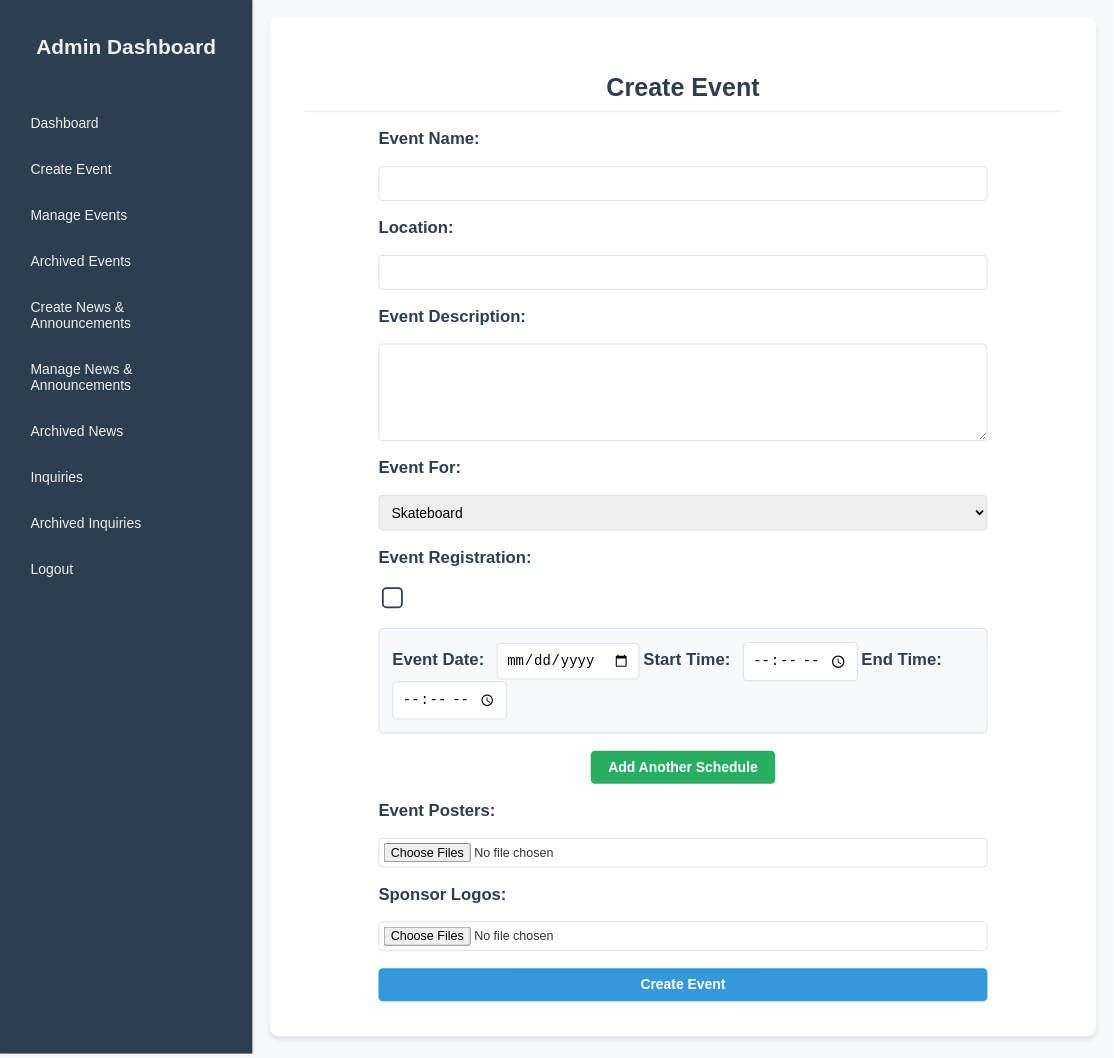
Repository: KharonKade/Capstone
Page: admin.html
These files come from the project's save history. The page is drawn as it stood at one moment and after the next save; the edit follows.
The browser window is 1280 px wide. The pictures show the whole page, at 87% of full size.

Above is the page before, as saved 2025-02-28 18:57:33.

### admin.html
<!DOCTYPE html>
<html lang="en">
<head>
    <meta charset="UTF-8">
    <meta name="viewport" content="width=device-width, initial-scale=1.0">
    <title>Create Event</title>
    <link rel="stylesheet" href="Css/admin.css?v=1.0">
    <script src="https://cdn.jsdelivr.net/npm/sweetalert2@11"></script>
</head>
<body>
    <div class="admin-container">
        <nav class="sidebar">
            <h2>Admin Dashboard</h2>
            <ul>
                <li><a href="/dashboard">Dashboard</a></li>
                <li><a href="admin.html">Create Event</a></li>
                <li><a href="manage_upcoming.php">Manage Events</a></li>
                <li><a href="archived_events.php">Archived Events</a></li>
                <li><a href="create_news.html">Create News & Announcements</a></li>
                <li><a href="manage_news.php">Manage News & Announcements</a></li>
                <li><a href="archived_news.php">Archived News</a></li>
                <li><a href="view_inquiries.php">Inquiries</a></li>
                <li><a href="archived_inquiries.php">Archived Inquiries</a></li>
                <li><a href="/logout">Logout</a></li>
            </ul>
        </nav>
        <main class="content" id="create_event">
            <h2>Create Event</h2>
            <form action="store_event.php" method="post" enctype="multipart/form-data">
                <label for="event_name">Event Name:</label>
                <input type="text" name="event_name" id="event_name" required>

                <label for="location">Location:</label>
                <input type="text" name="location" id="location" required>

                <label for="description">Event Description:</label>
                <textarea name="description" id="description" rows="5" required></textarea>

                <label for="category">Event For:</label>
                <select name="category" id="category" required>
                    <option value="skateboard">Skateboard</option>
                    <option value="inline">Inline</option>
                    <option value="bmx">BMX</option>
                    <option value="all">All</option>
                </select>

                <label for="registration">Event Registration:</label>
                <input type="checkbox" name="registration" id="registration" value="1">

                <div id="schedule-container">
                    <div class="schedule-item">
                        <label for="event_date">Event Date:</label>
                        <input type="date" name="event_date[]" required>
                        <label for="start_time">Start Time:</label>
                        <input type="time" name="start_time[]" required>
                        <label for="end_time">End Time:</label>
                        <input type="time" name="end_time[]" required>
                    </div>
                </div>
                <button type="button" id="add_schedule">Add Another Schedule</button>

                <label for="posters">Event Posters:</label>
                <input type="file" name="posters[]" id="posters" multiple required>

                <label for="sponsors">Sponsor Logos:</label>
                <input type="file" name="sponsors[]" id="sponsors" multiple required>

                <button type="submit">Create Event</button>
            </form>
        </main>
    </div>
    <script>
        // Get references to the button and container
        const addScheduleButton = document.getElementById('add_schedule');
        const scheduleContainer = document.getElementById('schedule-container');

        // Add an event listener to the "Add Another Schedule" button
        addScheduleButton.addEventListener('click', () => {
            // Create a new div for the additional schedule
            const newSchedule = document.createElement('div');
            newSchedule.classList.add('schedule-item');

            // Add the necessary input fields for a new schedule
            newSchedule.innerHTML = `
                <label for="event_date">Event Date:</label>
                <input type="date" name="event_date[]" required>
                <label for="start_time">Start Time:</label>
                <input type="time" name="start_time[]" required>
                <label for="end_time">End Time:</label>
                <input type="time" name="end_time[]" required>
                <button type="button" class="remove-schedule">Remove</button>
            `;

            // Append the new schedule div to the container
            scheduleContainer.appendChild(newSchedule);

            // Add functionality to remove the schedule
            newSchedule.querySelector('.remove-schedule').addEventListener('click', () => {
                newSchedule.remove();
            });
        });
    </script>
</body>
</html>

### Css/admin.css
/* admin.css */

body {
    font-family: 'Arial', sans-serif;
    margin: 0;
    padding: 0;
    background: #f7f9fc;
    color: #333;
}

.admin-container {
    display: flex;
    min-height: 100vh;
}

/* Sidebar */
.sidebar {
    width: 250px;
    background: #2c3e50;
    color: #ecf0f1;
    padding: 20px;
    box-shadow: 2px 0 5px rgba(0, 0, 0, 0.1);
    display: flex;
    flex-direction: column;
    gap: 20px;
}

.sidebar h2 {
    text-align: center;
    font-size: 1.5rem;
    margin-bottom: 20px;
}

.sidebar ul {
    list-style: none;
    padding: 0;
    margin: 0;
}

.sidebar ul li {
    margin: 15px 0;
}

.sidebar ul li a {
    text-decoration: none;
    color: #ecf0f1;
    padding: 10px 15px;
    display: block;
    border-radius: 5px;
    transition: background 0.3s;
}

.sidebar ul li a:hover {
    background: #34495e;
}

/* Main Content */
.content {
    flex-grow: 1;
    padding: 40px;
    background: #ffffff;
    border-radius: 10px;
    box-shadow: 0px 4px 6px rgba(0, 0, 0, 0.1);
    margin: 20px;
}

.content h2 {
    margin-bottom: 20px;
    font-size: 1.8rem;
    color: #2c3e50;
    text-align: center;
    border-bottom: 2px solid #ecf0f1;
    padding-bottom: 10px;
}

form {
    max-width: 700px;
    margin: 0 auto;
    display: flex;
    flex-direction: column;
    gap: 20px;
}

form label {
    font-size: 1.2rem;
    font-weight: bold;
    color: #2c3e50; /* Darker text color */
    margin-right: 10px;
    cursor: pointer;
}

form input,
form select,
form textarea,
form button {
    font-size: 1rem;
    padding: 10px;
    border: 1px solid #dcdde1;
    border-radius: 5px;
    outline: none;
    transition: border-color 0.3s, box-shadow 0.3s;
}

form input:focus,
form select:focus,
form textarea:focus {
    border-color: #3498db;
    box-shadow: 0 0 5px rgba(52, 152, 219, 0.5);
}

form button {
    background: #3498db;
    color: #ffffff;
    cursor: pointer;
    border: none;
    font-weight: bold;
    transition: background 0.3s;
}

form button:hover {
    background: #2980b9;
}

#schedule-container {
    display: flex;
    flex-direction: column;
    gap: 20px;
}

.schedule-item {
    background: #f7f9fc;
    padding: 15px;
    border: 1px solid #dcdde1;
    border-radius: 5px;
}

.schedule-item .remove-schedule {
    background: #e74c3c;
    color: #ffffff;
    border: none;
    padding: 5px 10px;
    border-radius: 5px;
    margin-top: 10px;
    cursor: pointer;
    font-size: 0.9rem;
}

.schedule-item .remove-schedule:hover {
    background: #c0392b;
}

/* Add Schedule Button */
#add_schedule {
    align-self: center;
    background: #27ae60;
    color: #ffffff;
    border: none;
    padding: 10px 20px;
    font-size: 1rem;
    border-radius: 5px;
    cursor: pointer;
    transition: background 0.3s;
}

#add_schedule:hover {
    background: #229954;
}

/* File Inputs */
form input[type="file"] {
    padding: 5px;
    font-size: 0.9rem;
}

/* Style the label */
label[for="registration"] {
    font-size: 1.2rem;
    font-weight: bold;
    color: #2c3e50; /* Darker text color */
    margin-right: 10px;
    cursor: pointer;
}

/* Hide the default checkbox */
input[type="checkbox"] {
    appearance: none;
    -webkit-appearance: none;
    -moz-appearance: none;
    width: 20px;
    height: 20px;
    border: 2px solid #2c3e50; /* Border color */
    border-radius: 5px;
    display: inline-block;
    vertical-align: middle;
    position: relative;
    cursor: pointer;
    transition: background 0.3s ease-in-out;
}

/* Style when checked */
input[type="checkbox"]:checked {
    background-color: #2c3e50; /* Darker color */
    border-color: #2c3e50;
}

/* Checkmark using ::after pseudo-element */
input[type="checkbox"]:checked::after {
    content: "✔";
    font-size: 1rem;
    color: white;
    position: absolute;
    left: 50%;
    top: 50%;
    transform: translate(-50%, -50%);
    font-weight: bold;
}


/* Responsive Design */
@media (max-width: 768px) {
    .admin-container {
        flex-direction: column;
    }

    .sidebar {
        width: 100%;
        flex-direction: row;
        justify-content: space-around;
    }

    .sidebar h2 {
        display: none;
    }

    .content {
        margin: 10px;
        padding: 20px;
    }

    form {
        padding: 0 10px;
    }
}

After the next save:
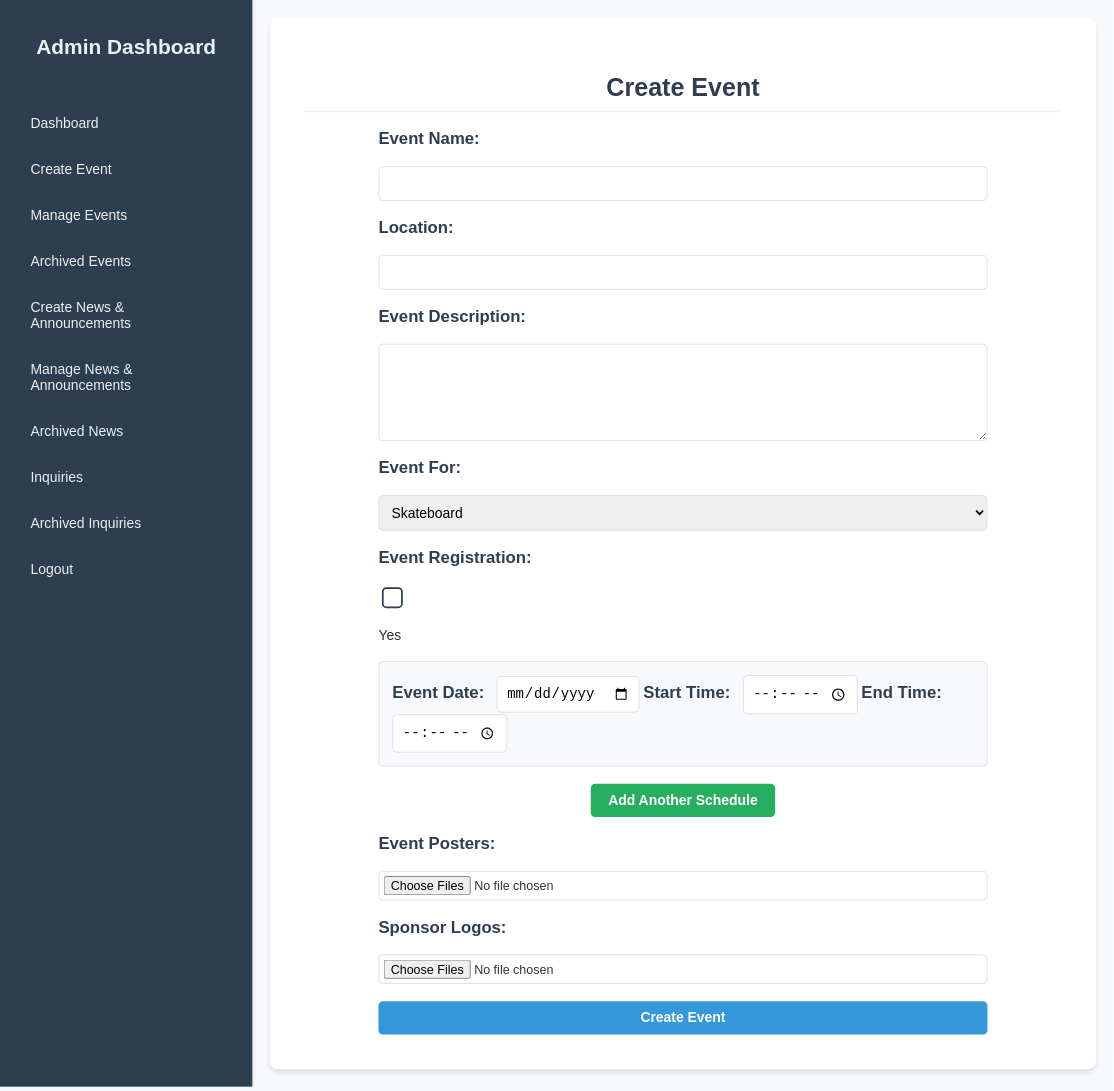
Saved 3 min 8 s later.
--- a/admin.html
+++ b/admin.html
@@ -46,6 +46,7 @@
 
                 <label for="registration">Event Registration:</label>
                 <input type="checkbox" name="registration" id="registration" value="1">
+                <span>Yes</span>
 
                 <div id="schedule-container">
                     <div class="schedule-item">
